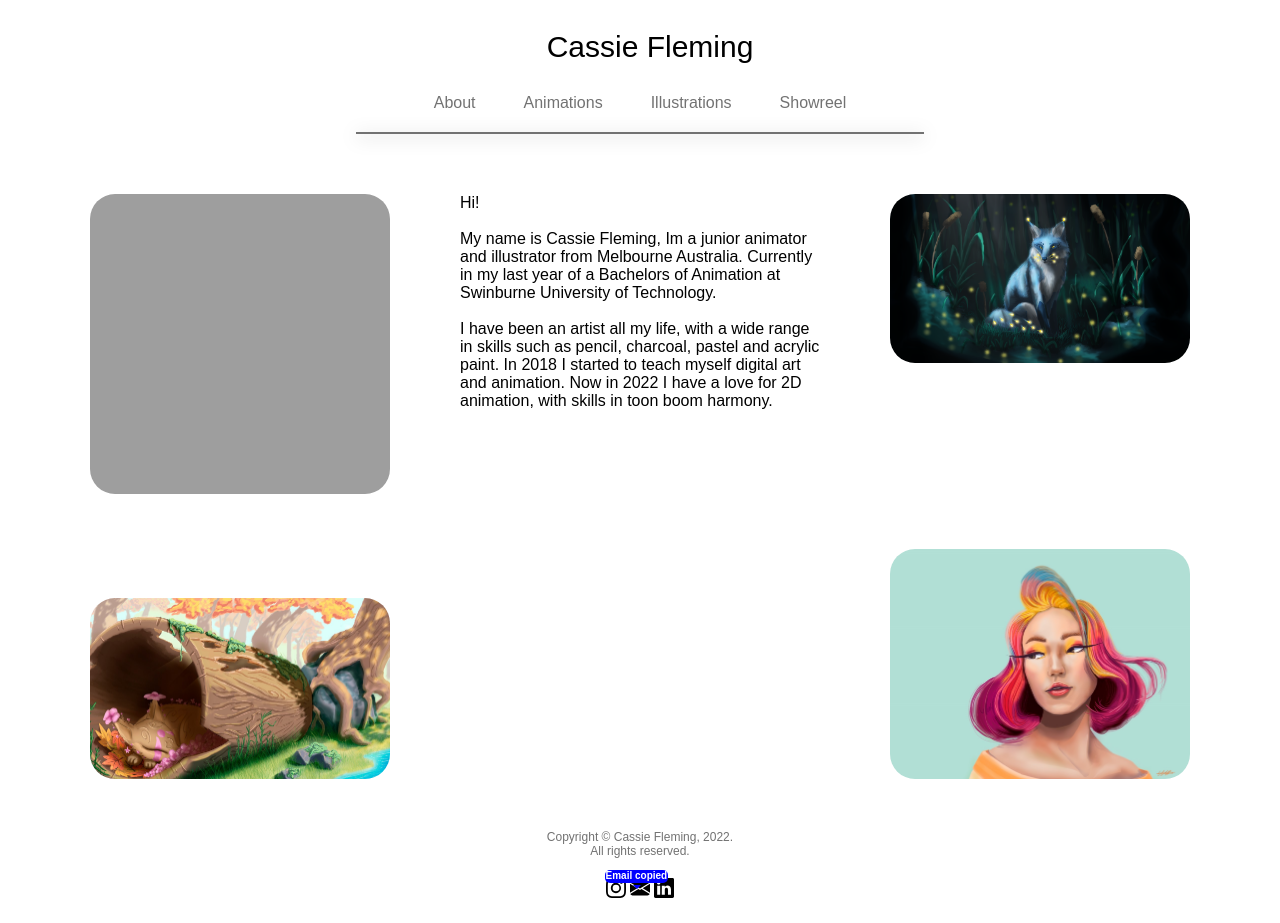
Repository: David-Waite/Cassie-Fleming-portfolio
Page: /
These files come from the project's save history. The page is drawn as it stood at one moment and after the next save; the edit follows.
The browser window is 1280 px wide. The pictures show the whole page.
Pictures or frames that could not be fetched are drawn as grey boxes. Some web fonts or font styles are not loaded; a fallback is used. The project was rebuilt for these pictures with package versions that can differ from the ones it lists, and the page was loaded fresh each time. The framework's server and built-in components were replaced by stand-ins that run in the browser. Also part of the build but not shown: next.config.js.

Above is the page before, as saved 2022-09-11 18:03:58.

After the next save:
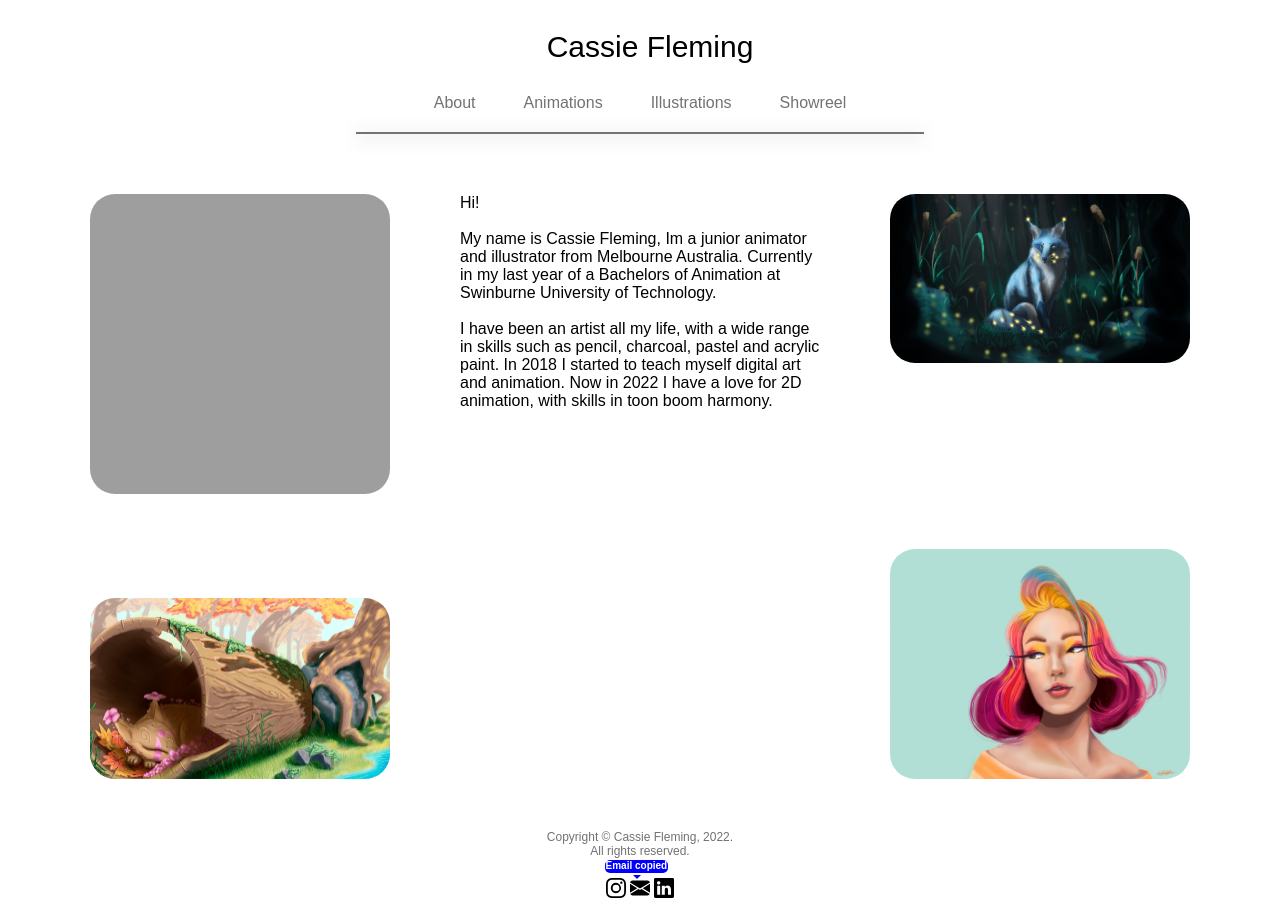
Saved 6 s later.
--- a/styles/globals.css
+++ b/styles/globals.css
@@ -108,7 +108,7 @@ footer {
   padding: 0 0 2px 0;
   width: 63px;
   left: 58px;
-  top: 40px;
+  top: 30px;
   background-color: blue;
   color: #ffffff;
   border-radius: 5px;
